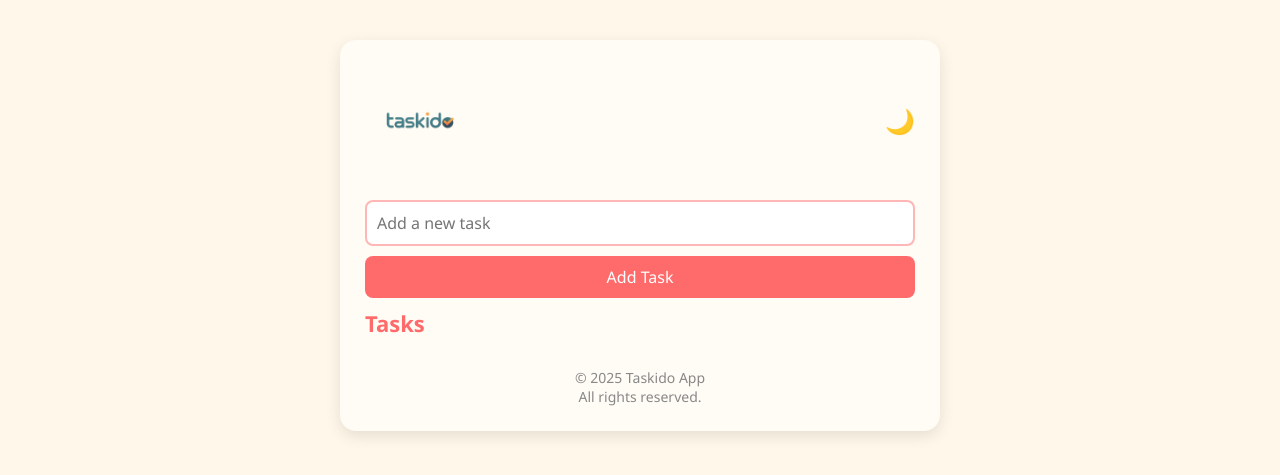
Repository: MenaEldeeb/To-Do-Iist
Page: index.html
These files come from the project's save history. The page is drawn as it stood at one moment and after the next save; the edit follows.
The browser window is 1280 px wide. The pictures show the whole page.

Above is the page before, as saved 2025-07-20 22:08:41.

### index.html
<!DOCTYPE html>
<html lang="en">
<head>
  <meta charset="UTF-8" />
  <meta name="viewport" content="width=device-width, initial-scale=1.0"/>
  <title>Taskido</title>
  <link rel="stylesheet" href="./css/styles.css" />
</head>
<body>
  <div id="container">
    <header id="hd">
      <img id="logo" src="./images/logo-trans.png" alt="App Logo" />
      <button id="dark-mode-toggle">🌙</button>
    </header>

    <main id="mn">
      <section id="mn__sect01">
        <input type="text" id="task-input" placeholder="Add a new task" />
        <button id="add-task-btn">Add Task</button>
        <p id="error-msg" class="error-msg hidden">Please enter a task!</p>
      </section>

      <section id="mn__sect02">
        <h2>Tasks</h2>
        <ol id="task-list"></ol>
      </section>
    </main>

    <footer id="ft">
      <p>© 2025 Taskido App</p>
      <p>All rights reserved.</p>
    </footer>
  </div>

  <script src="./js/app.js"></script>
</body>
</html>

### css/styles.css
* {
  margin: 0;
  padding: 0;
  box-sizing: border-box;
  font-family: "Segoe UI", sans-serif;
}

body {
  background-color: #fff7e9;
  color: #333;
}

#container {
  max-width: 600px;
  margin: 40px auto;
  padding: 25px;
  background-color: #fffbf5;
  border-radius: 16px;
  box-shadow: 0 5px 15px rgba(0, 0, 0, 0.1);
  transition: background-color 0.3s ease, color 0.3s ease;
}

header#hd {
  display: flex;
  justify-content: space-between;
  align-items: center;
  margin-bottom: 25px;
}

#logo {
  width: 110px;
}

#dark-mode-toggle {
  background: none;
  border: none;
  cursor: pointer;
  font-size: 24px;
}

#task-input {
  width: 100%;
  padding: 10px;
  border: 2px solid #ffb6b6;
  border-radius: 8px;
  margin-bottom: 10px;
  font-size: 16px;
}

#add-task-btn {
  width: 100%;
  padding: 10px;
  background-color: #ff6b6b;
  color: white;
  border: none;
  font-size: 16px;
  border-radius: 8px;
  cursor: pointer;
  margin-bottom: 10px;
}

#add-task-btn:hover {
  background-color: #ff4b5c;
}

#mn__sect02 h2 {
  font-size: 22px;
  color: #ff6b6b;
  margin-bottom: 10px;
}

#task-list {
  list-style-type: none;
  padding-left: 0;
}

.task-item {
  background-color: #fff5f5;
  padding: 14px;
  margin-bottom: 12px;
  border-radius: 12px;
  box-shadow: 0 4px 10px rgba(0, 0, 0, 0.05);
  transition: background-color 0.3s ease, transform 0.2s ease;
}

.task-item:hover {
  background-color: #ffecec;
  transform: scale(1.01);
}

.task-item span {
  display: block;
  font-size: 18px;
  margin-bottom: 10px;
}

.task-item.completed span {
  text-decoration: line-through;
  color: #999;
  opacity: 0.7;
}

.complete-btn,
.remove-btn {
  padding: 8px 10px;
  margin-right: 10px;
  border: none;
  border-radius: 6px;
  cursor: pointer;
  font-size: 14px;
}

.complete-btn {
  background-color: #6bcb77;
  color: white;
}

.remove-btn {
  background-color: #ffd93d;
  color: #333;
}

.error-msg {
  color: #ff4b5c;
  font-size: 14px;
  font-weight: 600;
}

.hidden {
  display: none;
}

footer#ft {
  text-align: center;
  font-size: 14px;
  margin-top: 30px;
  color: #888;
}

/* Dark Mode */
#container.dark-mode {
  background-color: #1e1e2f;
  color: #eee;
}

#container.dark-mode #task-input {
  background-color: #333;
  border-color: #555;
  color: #eee;
}

#container.dark-mode #task-input::placeholder {
  color: #aaa;
}

#container.dark-mode #add-task-btn {
  background-color: #4a90e2;
}

#container.dark-mode #mn__sect02 h2 {
  color: #4a90e2;
}

#container.dark-mode .task-item {
  background-color: #2c2c3e;
}

#container.dark-mode .task-item:hover {
  background-color: #3a3a52;
}

#container.dark-mode .task-item span {
  color: #eee;
}

#container.dark-mode .error-msg {
  color: #ff6b6b;
}

/* Mobile */
@media (max-width: 600px) {
  #task-input,
  #add-task-btn {
    width: 100%;
  }

  .task-item span {
    font-size: 16px;
  }

  .complete-btn,
  .remove-btn {
    width: 100%;
    margin: 5px 0 0 0;
  }
}

/* Tablet */
@media (min-width: 601px) and (max-width: 1024px) {
  #task-input {
    width: 65%;
  }

  #add-task-btn {
    width: 30%;
    margin-left: 5%;
  }

  .task-item {
    flex-direction: column;
  }
}

### js/app.js
const taskInput = document.getElementById('task-input');
const addButton = document.getElementById('add-task-btn');
const taskList = document.getElementById('task-list');
const errorMsg = document.getElementById('error-msg');
const darkToggle = document.getElementById('dark-mode-toggle');
const container = document.getElementById('container');

let tasks = [];

function renderTasks() {
  taskList.innerHTML = '';
  tasks.forEach(task => {
    const li = document.createElement('li');
    li.className = 'task-item';
    if (task.completed) li.classList.add('completed');

    const span = document.createElement('span');
    span.textContent = task.text;

    const completeBtn = document.createElement('button');
    completeBtn.textContent = 'Complete';
    completeBtn.className = 'complete-btn';
    completeBtn.onclick = () => toggleTask(task.id);

    const removeBtn = document.createElement('button');
    removeBtn.textContent = 'X';
    removeBtn.className = 'remove-btn';
    removeBtn.onclick = () => removeTask(task.id);

    li.appendChild(span);
    li.appendChild(completeBtn);
    li.appendChild(removeBtn);

    taskList.appendChild(li);
  });
}

function addTask(text) {
  const newTask = {
    id: Date.now(),
    text,
    completed: false
  };
  tasks.push(newTask);
  renderTasks();
}

function toggleTask(id) {
  tasks = tasks.map(task =>
    task.id === id ? { ...task, completed: !task.completed } : task
  );
  renderTasks();
}

function removeTask(id) {
  tasks = tasks.filter(task => task.id !== id);
  renderTasks();
}

addButton.addEventListener('click', () => {
  const value = taskInput.value.trim();
  if (value === '') {
    errorMsg.classList.remove('hidden');
    return;
  }
  errorMsg.classList.add('hidden');
  addTask(value);
  taskInput.value = '';
});

taskInput.addEventListener('input', () => {
  if (taskInput.value.trim() !== '') {
    errorMsg.classList.add('hidden');
  }
});

darkToggle.addEventListener('click', () => {
  container.classList.toggle('dark-mode');
});

After the next save:
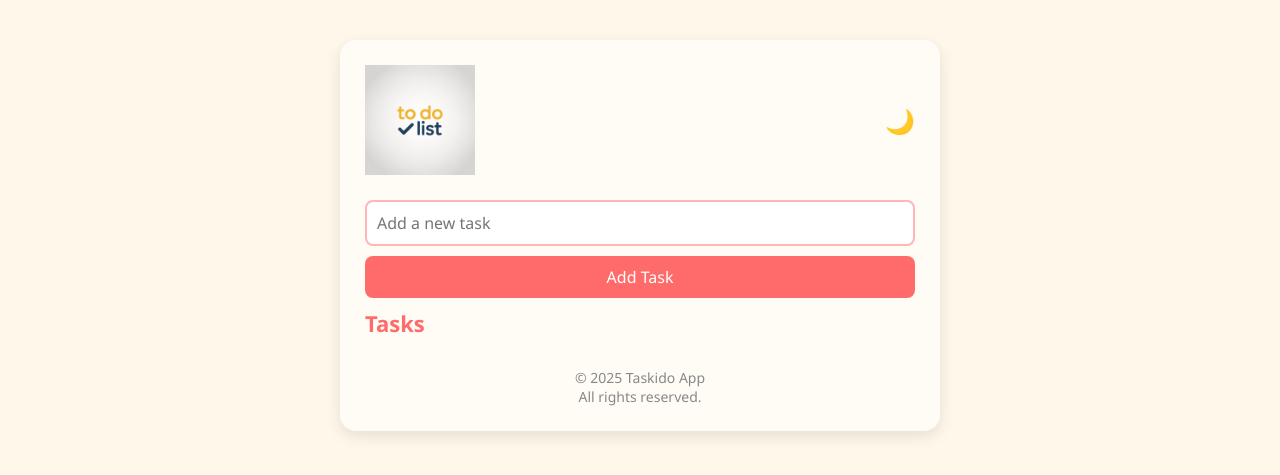
Saved 13 min 22 s later.
--- a/index.html
+++ b/index.html
@@ -9,7 +9,7 @@
 <body>
   <div id="container">
     <header id="hd">
-      <img id="logo" src="./images/logo-trans.png" alt="App Logo" />
+      <img id="logo" src="images/to do list.png" alt="App Logo" />
       <button id="dark-mode-toggle">🌙</button>
     </header>
 
